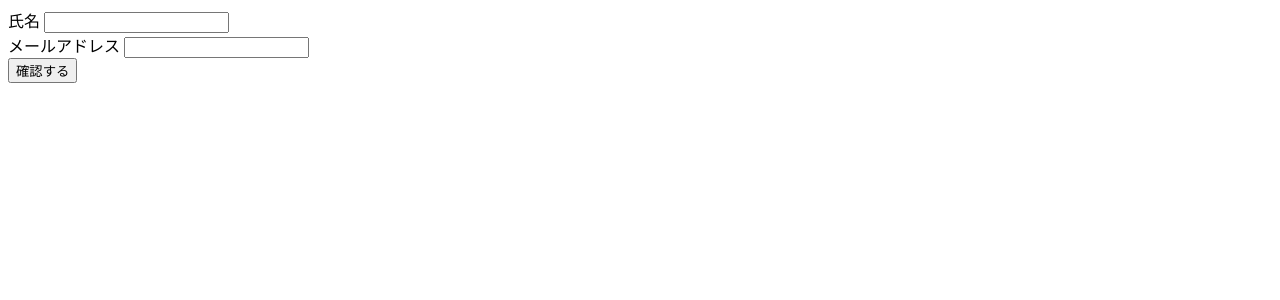
Repository: iwaki-toshiyuki/PHP-practice
Page: http://localhost/php_test2/form/input.php
These files come from the project's save history. The page is drawn as it stood at one moment and after the next save; the edit follows.
The browser window is 1280 px wide. The pictures show the whole page.
The page is run by PHP 8.4 with error messages shown; the project is at /var/www/html/.

Above is the page before, as saved 2024-03-06 10:43:41.

### php_test2/form/input.php
<?php
// スーパーグローバル変数 php 9種類
//連想配列
if (!empty($_POST)) {
  echo '<pre>';
  var_dump($_POST);
  echo '</pre>';
}

function h($str)
{
  return htmlspecialchars($str, ENT_QUOTES, 'UTF-8');
}

// 入力、確認、完了

$pageFlag = 0;

if (!empty($_POST['btn_confirm'])) {
  $pageFlag = 1;
}

if (!empty($_POST['btn_submit'])) {
  $pageFlag = 2;
}

?>

<!DOCTYPE html>
<meta charset="utf-8">

<head></head>

<body>

  <?php if ($pageFlag == 1) : ?>
    <form method='POST' action='input.php'>
      氏名
      <?php echo h($_POST['your_name']); ?>
      <br>
      メールアドレス
      <?php echo h($_POST['email']); ?>
      <br>
      <input type="submit" name="back" value="戻る">
      <input type="submit" name="btn_submit" value="送信する">
      <input type="hidden" name="your_name" value="<?php echo h($_POST['your_name']); ?>">
      <input type="hidden" name="email" value="<?php echo h($_POST['email']); ?>">
    <?php endif; ?>

    <?php if ($pageFlag == 2) : ?>
      送信が完了しました。
    <?php endif; ?>


    <?php if ($pageFlag == 0) : ?>
      <form method='POST' action='input.php'>
        氏名
        <input type="text" name="your_name" value="<?php if(!empty($_POST['your_name'])){echo h($_POST['your_name']) ;} ?>">
        <br>
        メールアドレス
        <input type="email" name="email" value="<?php if(!empty($_POST['email'])){echo $_POST['email'];} ?>">
        <br>
        <input type="submit" name="btn_confirm" value="確認する">

      </form>
    <?php endif; ?>

</body>

</html>

After the next save:
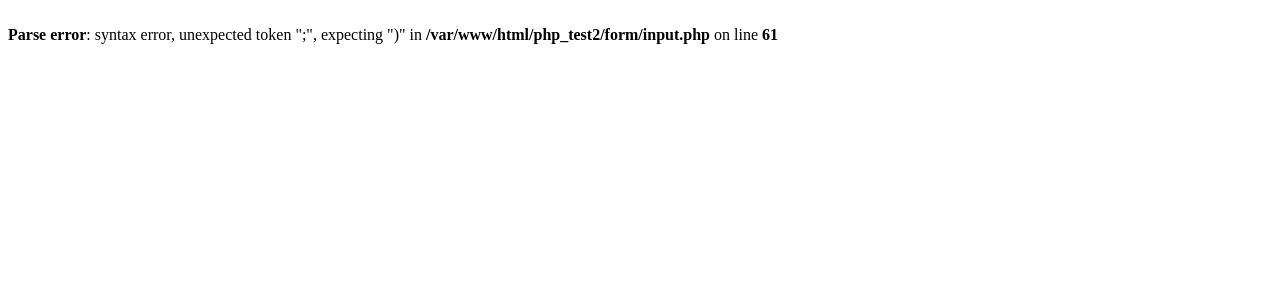
Saved 6 s later.
--- a/php_test2/form/input.php
+++ b/php_test2/form/input.php
@@ -58,7 +58,7 @@
         <input type="text" name="your_name" value="<?php if(!empty($_POST['your_name'])){echo h($_POST['your_name']) ;} ?>">
         <br>
         メールアドレス
-        <input type="email" name="email" value="<?php if(!empty($_POST['email'])){echo $_POST['email'];} ?>">
+        <input type="email" name="email" value="<?php if(!empty($_POST['email'])){echo h($_POST['email'];} ?>">
         <br>
         <input type="submit" name="btn_confirm" value="確認する">
 

After the save that followed:
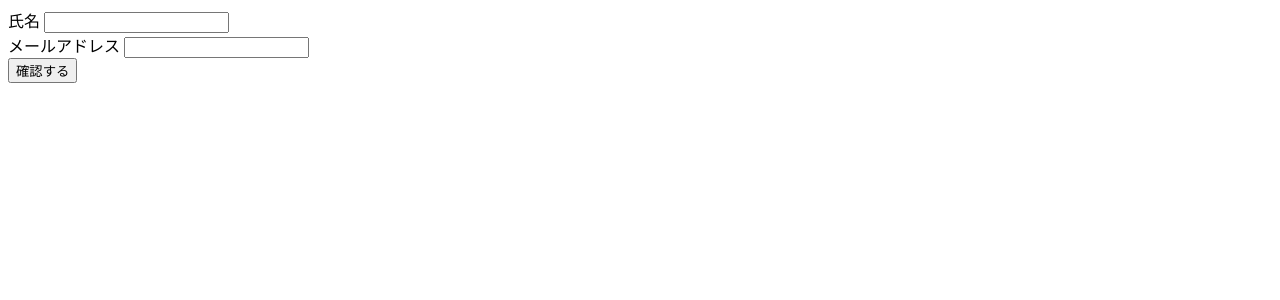
Saved 8 s later.
--- a/php_test2/form/input.php
+++ b/php_test2/form/input.php
@@ -58,7 +58,7 @@
         <input type="text" name="your_name" value="<?php if(!empty($_POST['your_name'])){echo h($_POST['your_name']) ;} ?>">
         <br>
         メールアドレス
-        <input type="email" name="email" value="<?php if(!empty($_POST['email'])){echo h($_POST['email'];} ?>">
+        <input type="email" name="email" value="<?php if(!empty($_POST['email'])){echo h($_POST['email']);} ?>">
         <br>
         <input type="submit" name="btn_confirm" value="確認する">
 
